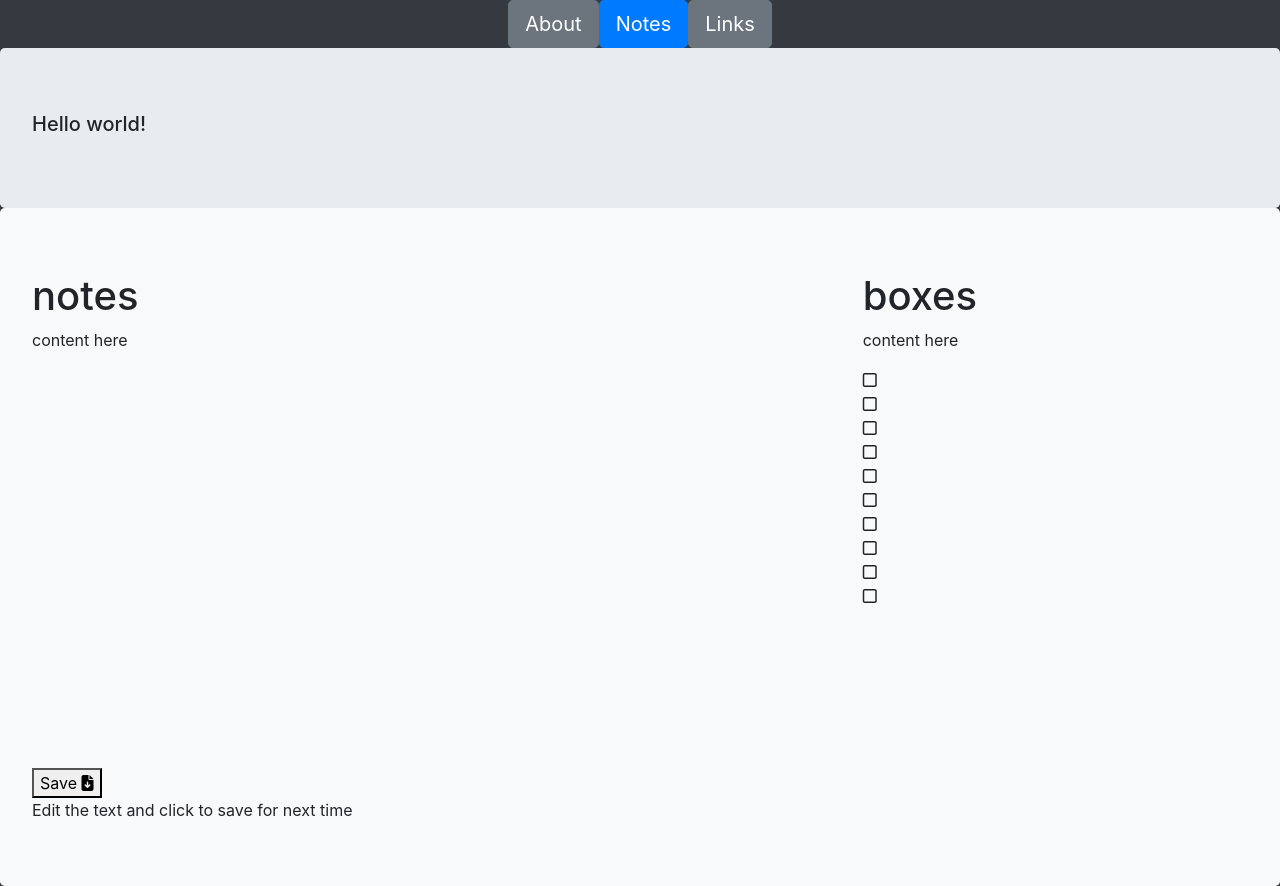
Repository: Kamicoda/Noteblock
Page: index.html
The author's editor kept a record of every edit. The page is drawn from the files as they stood at one moment, then again after the next edit.
The browser window is 1280 px wide. The pictures show the whole page.
Some web libraries are served in a nearby version.

Above is the page before.
Console error: ReferenceError: checkEdits is not defined

After the next edit:
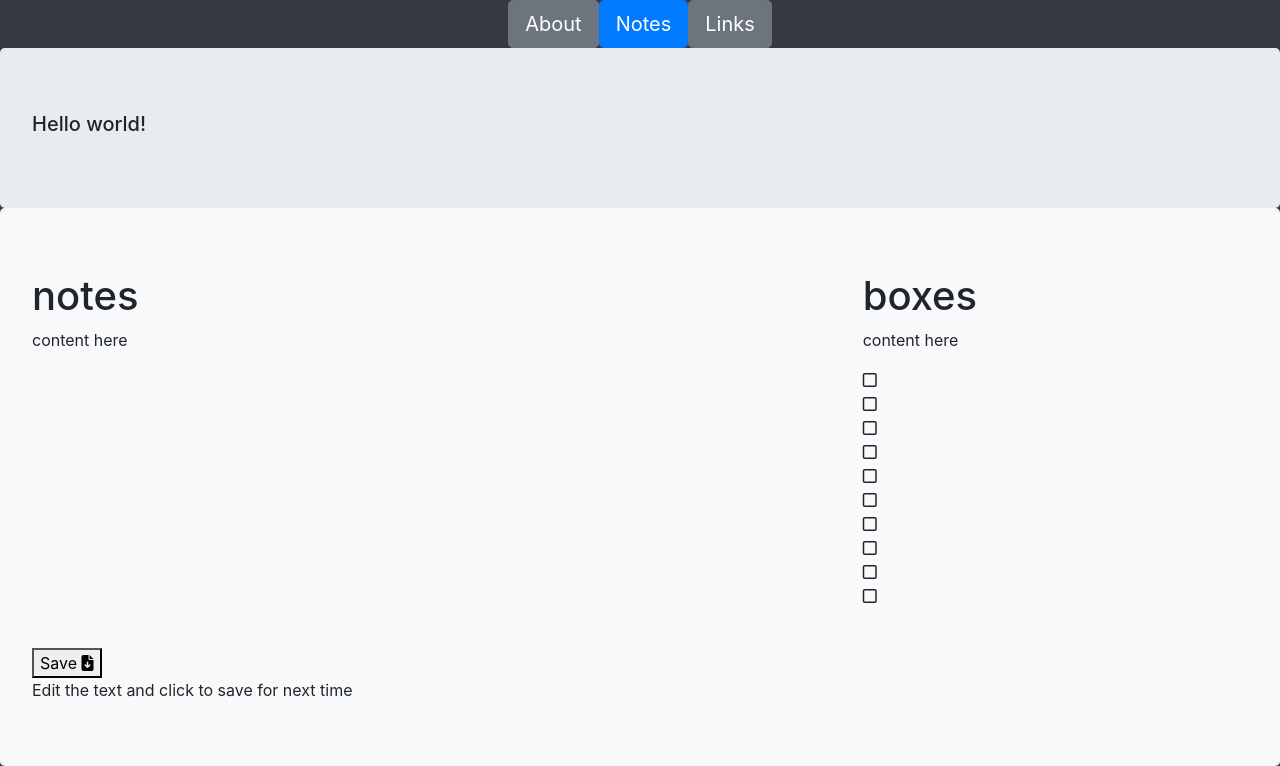
The edit:
--- a/assets/js/script1.js
+++ b/assets/js/script1.js
@@ -6,6 +6,10 @@
     $('#gamesSec').toggle();
     $('#linksSec').toggle();
     $('.fa-check-square').toggle();
+
+    $('#edit').toggle();
+    $('#edit1').toggle();
+    $('#edit2').toggle();
 
     $('#aboutNav').on('click', function() {
         $('#aboutSec').toggle(1000);

After the edit that followed:
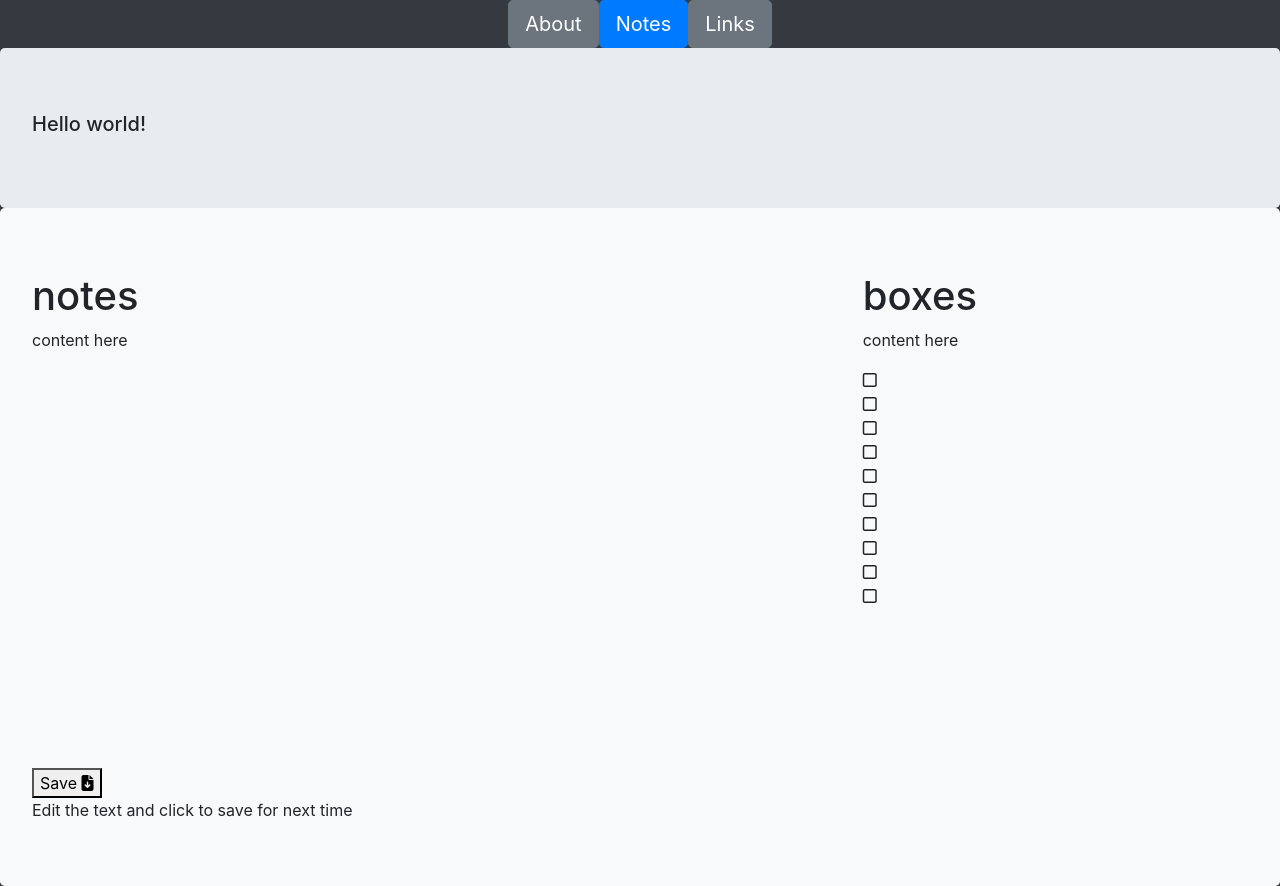
The edit:
--- a/assets/js/script1.js
+++ b/assets/js/script1.js
@@ -7,9 +7,9 @@
     $('#linksSec').toggle();
     $('.fa-check-square').toggle();
 
-    $('#edit').toggle();
-    $('#edit1').toggle();
-    $('#edit2').toggle();
+    $('#item').toggle();
+    $('#item1').toggle();
+    $('#item2').toggle();
 
     $('#aboutNav').on('click', function() {
         $('#aboutSec').toggle(1000);
